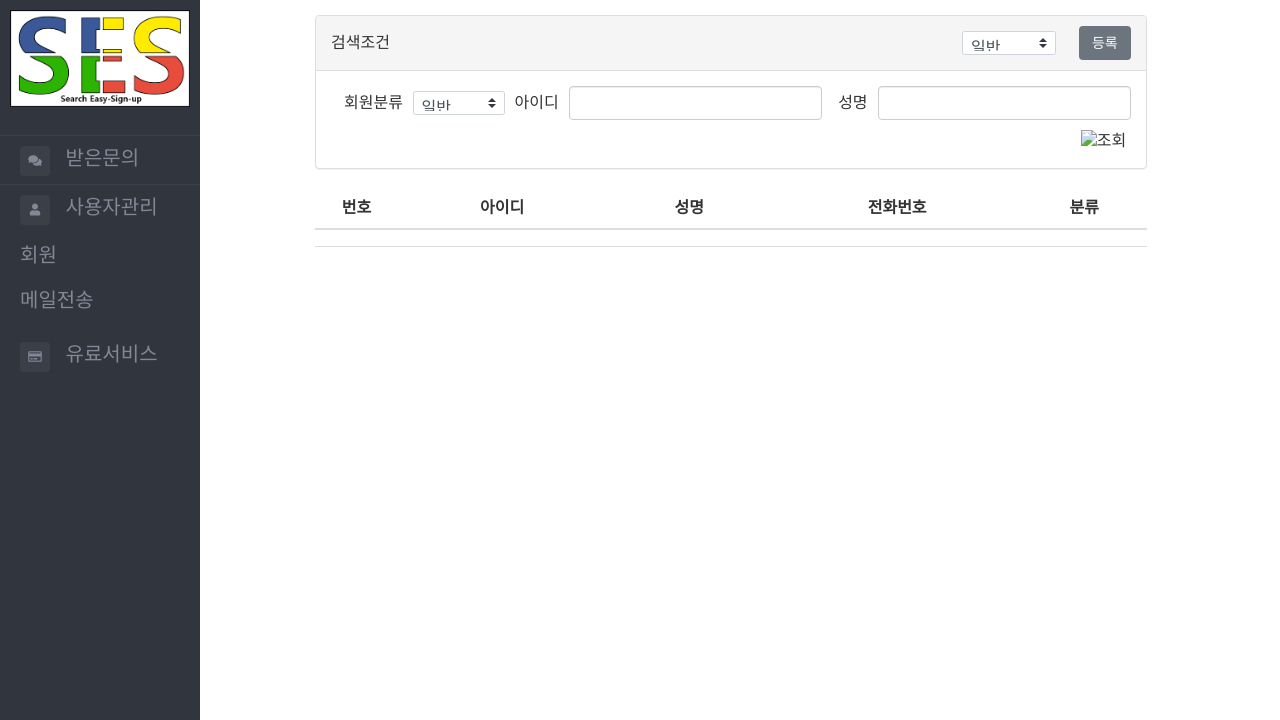
Repository: hyun5292/school
Page: http://localhost/adminSES/WEB-INF/views/member/m_search.jsp
An editor plug-in stored every save of this project. The page is shown before and after the next save, followed by the edit.
The browser window is 1280 px wide. The pictures show the whole page.
Some web libraries are served in a nearby version. The page is served by Tomcat 9. Nobody is signed in. The template is opened directly, without the code that normally fills it, so the values that code supplies are empty.

Above is the page before, as saved 2020-11-09 13:22:57.

After the next save:
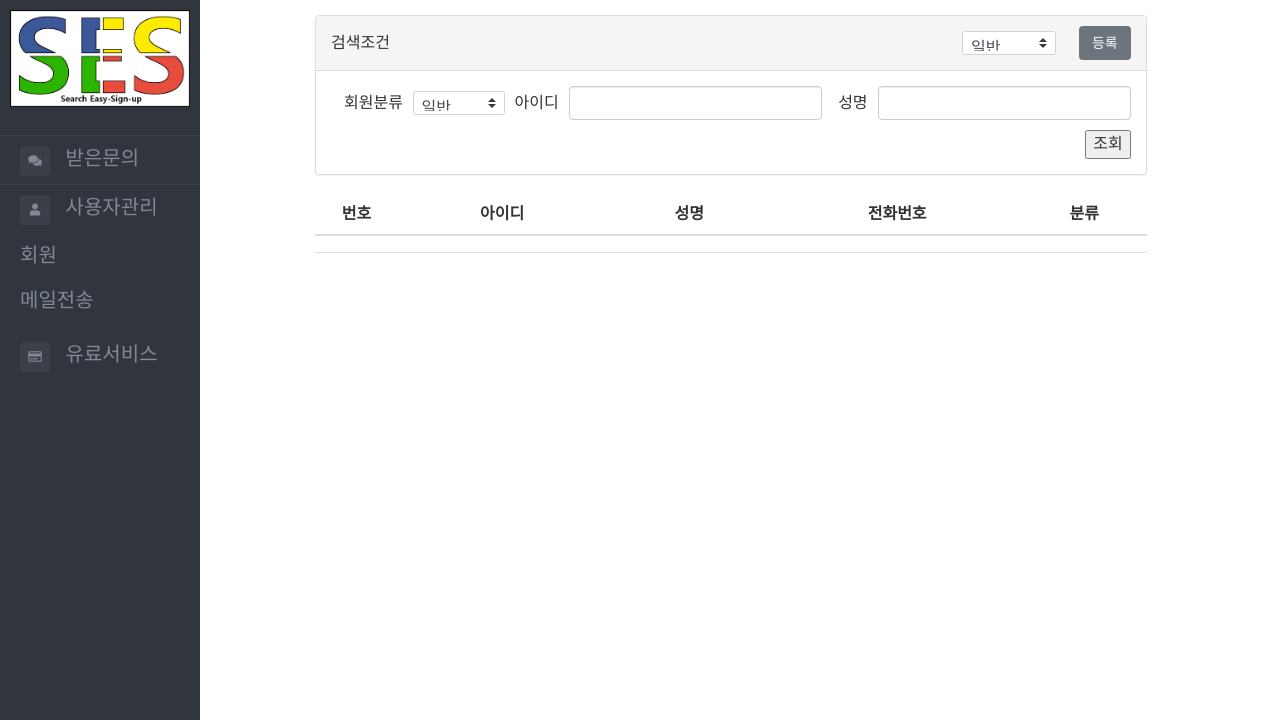
Saved 117 s later.
--- a/sesAdmin/adminSES/src/main/webapp/WEB-INF/views/member/m_search.jsp
+++ b/sesAdmin/adminSES/src/main/webapp/WEB-INF/views/member/m_search.jsp
@@ -129,7 +129,7 @@
 											<td colspan="10" height="10px"></td>
 										</tr>
 										<tr>
-											<td colspan="10" align="right"><input type="image" name="button" width="50px" value="조회"></td>
+											<td colspan="10" align="right"><input type="button" name="button" width="50px" value="조회"></td>
 										</tr>
 									</tbody>
 								</table>

After the save that followed:
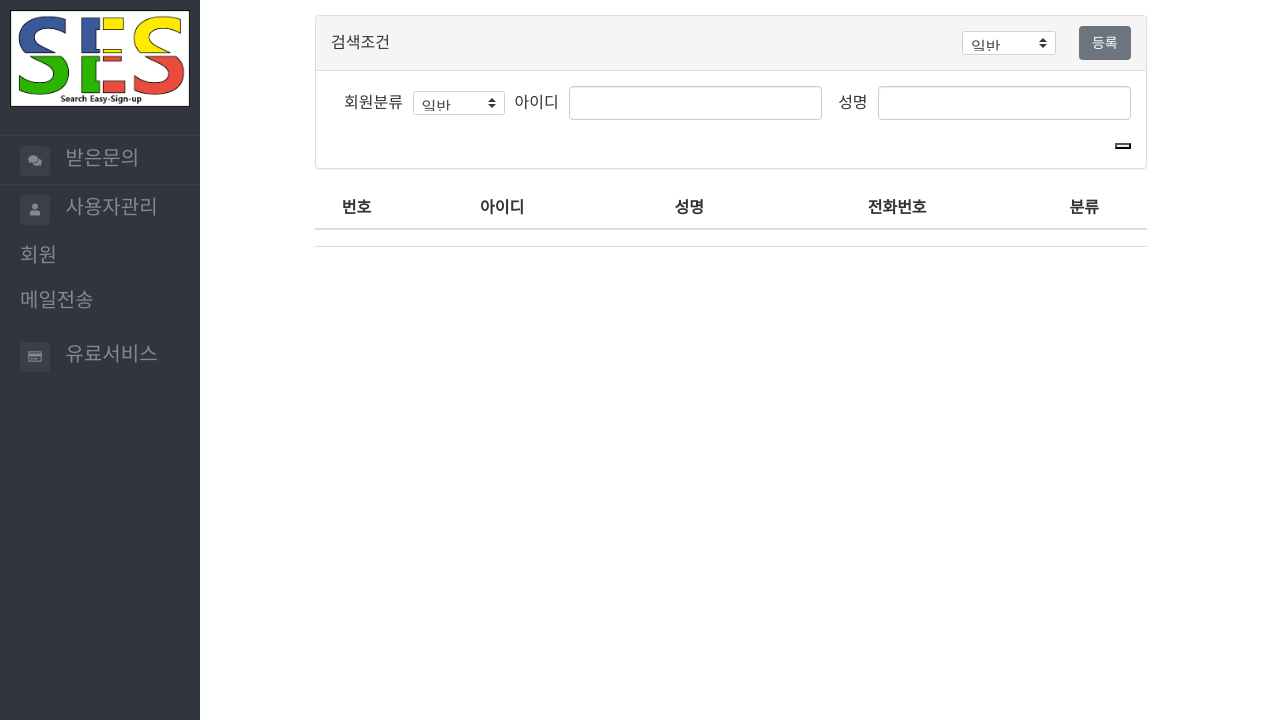
Saved 21 s later.
--- a/sesAdmin/adminSES/src/main/webapp/WEB-INF/views/member/m_search.jsp
+++ b/sesAdmin/adminSES/src/main/webapp/WEB-INF/views/member/m_search.jsp
@@ -129,7 +129,7 @@
 											<td colspan="10" height="10px"></td>
 										</tr>
 										<tr>
-											<td colspan="10" align="right"><input type="button" name="button" width="50px" value="조회"></td>
+											<td colspan="10" align="right"><Button type="button" name="button" width="50px" value="조회"></td>
 										</tr>
 									</tbody>
 								</table>
